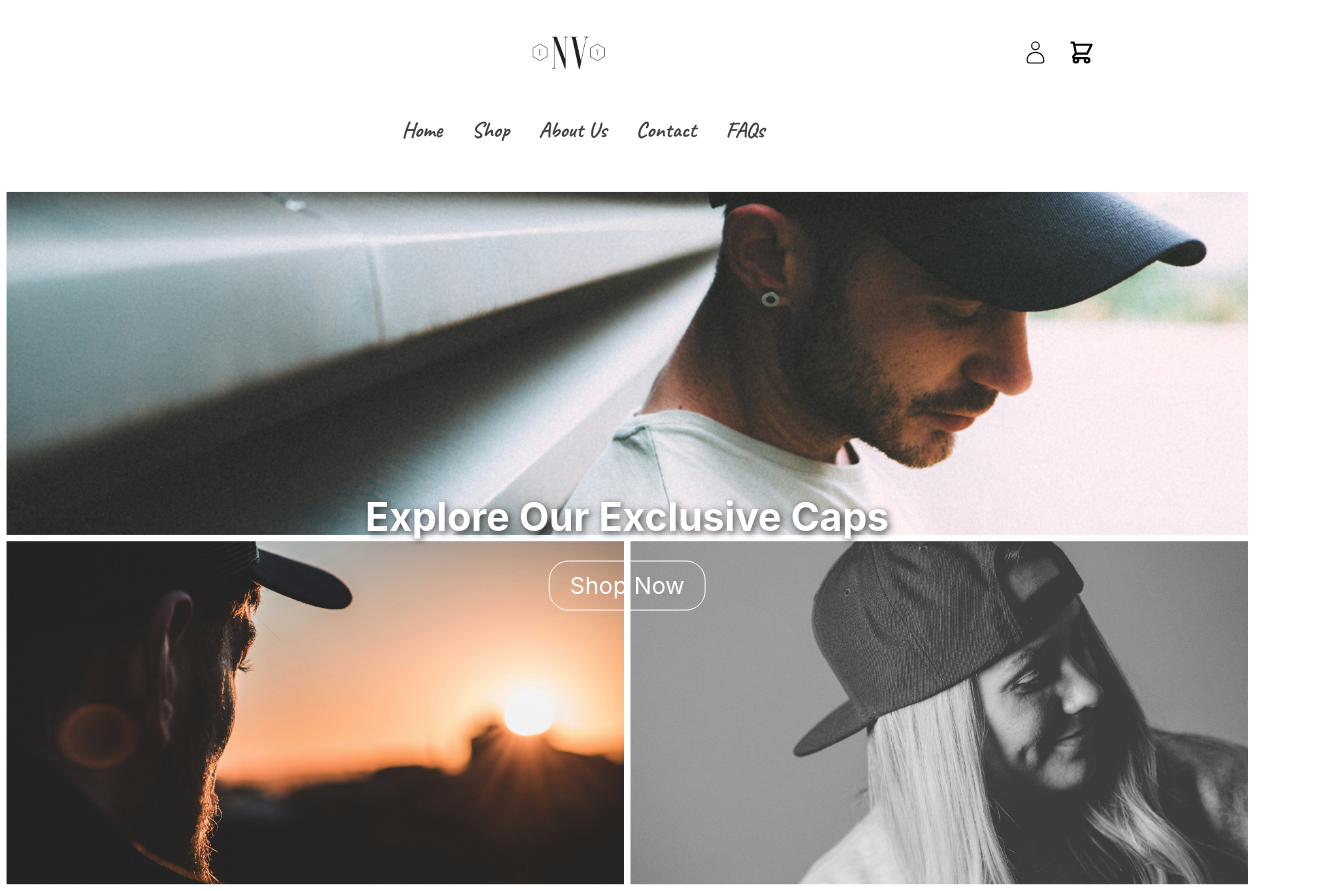
Repository: lasity34/new-envy
Page: / (app in my-new-envy/)
An editor plug-in stored every save of this project. The page is shown before and after the next save, followed by the edit.
The browser window is 1280 px wide. The page is 1280 px wide, then 1360 px, so the pictures cover 1360 px, including what lies to the right of the window. The pictures show the whole page, at 98% of full size.
The project was rebuilt for these pictures with package versions that can differ from the ones it lists, and the page was loaded fresh each time.

Above is the page before, as saved 2024-04-22 11:09:43.

### my-new-envy/public/index.html
<!DOCTYPE html>
<html lang="en">
  <head>
    <meta charset="utf-8" />
    <link rel="icon" href="%PUBLIC_URL%/logo.png" />
    <meta name="viewport" content="width=device-width, initial-scale=1" />
    <meta name="theme-color" content="#000000" />
    <meta
      name="description"
      content="Web site created using create-react-app"
    />
    <link rel="apple-touch-icon" href="%PUBLIC_URL%/logo.png" />
    <!--
      manifest.json provides metadata used when your web app is installed on a
      user's mobile device or desktop. See https://developers.google.com/web/fundamentals/web-app-manifest/
    -->
    <link rel="manifest" href="%PUBLIC_URL%/manifest.json" />
    <!--
      Notice the use of %PUBLIC_URL% in the tags above.
      It will be replaced with the URL of the `public` folder during the build.
      Only files inside the `public` folder can be referenced from the HTML.

      Unlike "/favicon.ico" or "favicon.ico", "%PUBLIC_URL%/favicon.ico" will
      work correctly both with client-side routing and a non-root public URL.
      Learn how to configure a non-root public URL by running `npm run build`.
    -->
    <link rel="preconnect" href="https://fonts.googleapis.com">
<link rel="preconnect" href="https://fonts.gstatic.com" crossorigin>
<link href="https://fonts.googleapis.com/css2?family=Crimson+Text:ital,wght@0,400;0,600;0,700;1,400;1,600;1,700&display=swap" rel="stylesheet">
<link href="https://fonts.googleapis.com/css2?family=Caveat:wght@400..700&display=swap" rel="stylesheet">
    <title>Envy</title>
  </head>
  <body>
    <noscript>You need to enable JavaScript to run this app.</noscript>
    <div id="root"></div>
    <!--
      This HTML file is a template.
      If you open it directly in the browser, you will see an empty page.

      You can add webfonts, meta tags, or analytics to this file.
      The build step will place the bundled scripts into the <body> tag.

      To begin the development, run `npm start` or `yarn start`.
      To create a production bundle, use `npm run build` or `yarn build`.
    -->
  </body>
</html>

### my-new-envy/src/App.tsx

import { BrowserRouter as Router } from 'react-router-dom';
import Header from './components/Header';
import HeroBanner from './components/HeroBanner';

function App() {
  return (
    <Router>
      <div className="App">

          <Header />
          <HeroBanner />
      </div>
    </Router>
  );
}

export default App;

### my-new-envy/src/components/Header.tsx
import styled from "styled-components";
import { Link } from "react-router-dom";
import { CiUser } from "react-icons/ci";
import { HiOutlineShoppingCart } from "react-icons/hi";

// Define basic styled components
const HeaderContainer = styled.header`
font-family: "Caveat", cursive;
  color: black;
  padding: 20px 40px; // Adjust the padding to match the spacing in the screenshot
  display: flex;
  justify-content: space-between; // Align items to the start and end of the header
  align-items: center; // Center items vertically
  flex-direction: column;
`;

const BannerContainer = styled.div`
  display: flex;
  justify-content: space-between;
  width: 100%;
`;

const SearchContainer = styled.div`
  width: 20%;
`;

const LogoContainer = styled.div`
  display: flex;
  justify-content: center;
  align-items: center;
  width: 35%;
`;

const AccountCartContainer = styled.div`
  display: flex;
  justify-content: center;
  align-items: center;
  list-style: none;
  width: 30%;
`;

const Nav = styled.nav`
  width: 100%;
  display: flex;
  justify-content: center;
  margin-right: 10em;

`;

const NavLinks = styled.ul`
  list-style: none;
  display: flex;
  font-size: 1.4rem;
`;

const IconNavLinks = styled.ul`
  display: flex;
  justify-content: center;
  width: 70%;
`;

const IconNavLink = styled.li`
  list-style: none;
  color: black;

  a {
    color: black;
    text-decoration: none;
    font-size: 1.7rem;
    padding: 0 10px;

    &:hover {
      color: black; // Change color on hover
    }
  }
`;


const NavLink = styled.li`
  position: relative;
  margin-left: 30px;

  a {
    color: #433f3e;
    text-decoration: none;
    font-weight: bold;
    display: inline-block;
    position: relative;

    &::after {
      content: '';
      position: absolute;
      bottom: -5px; // Distance from the bottom of the link text
      left: 0;
      right: 0;
      width: 0; // Start with no width
      height: 2px;
      background-color: black;
      transition: width 0.5s ease, left 0.5s ease; // Animate the width and left position
      transform: translateX(-50%);
    }

    &:hover::after {
      width: 100%; // Full width on hover
      left: 50%; // Centering it with the left position during hover
      transform: translateX(-50%); // Ensure it grows from the center
    }
  }
`;

const CapImage = styled.img`
  width: 100px;
`;

// Simplified Header component
const Header = () => {
  return (
    <HeaderContainer>
      <BannerContainer>
        <SearchContainer></SearchContainer>

        <LogoContainer>
          <Link to="/">
            <CapImage src="images/logo.png" alt="Queue" />
          </Link>
        </LogoContainer>

        <AccountCartContainer>
          <IconNavLinks>
            <IconNavLink>
              <Link to="/account">
                <CiUser />
              </Link>
            </IconNavLink>
            <IconNavLink>
              <Link to="/cart">
                <HiOutlineShoppingCart />
              </Link>
            </IconNavLink>
          </IconNavLinks>
        </AccountCartContainer>
      </BannerContainer>
      <Nav>
        <NavLinks>
          <NavLink>
            <Link to="/">Home</Link>
          </NavLink>
          <NavLink>
            <Link to="/shop">Shop</Link>
          </NavLink>
          <NavLink>
            <Link to="/about">About Us</Link>
          </NavLink>
          <NavLink>
            <Link to="/contact">Contact</Link>
          </NavLink>
          <NavLink>
            <Link to="/faq">FAQs</Link>
          </NavLink>
        </NavLinks>
      </Nav>
    </HeaderContainer>
  );
};

export default Header;

### my-new-envy/src/components/HeroBanner.tsx
import styled from 'styled-components';
import { Link } from 'react-router-dom';

const BannerContainer = styled.div`
  width: 100vw; // Ensures it takes the full viewport width
  height: 100vh; // Sets the height to full viewport height
  background-image: url('images/hero-background.png'); // Background image for the banner
  background-size: cover; // Ensures the background covers the entire area
  background-repeat: no-repeat; // No repetition of the background image
  background-position: center center; // Centers the background image
  display: flex;
  justify-content: center;
  align-items: center;
  flex-direction: column;
  text-align: center;
  color: white;
  position: relative; // Ensures proper positioning
`;

const Tagline = styled.h1`
  font-size: 2.5rem; // Large font size for main tagline
  margin-bottom: 20px; // Margin below the tagline
  text-shadow: 2px 2px 8px rgba(0,0,0,0.7); // Text shadow for better legibility
`;

const ShopButton = styled(Link)`
  padding: 10px 20px; // Padding for button size
  color: white; // Text color
  font-size: 1.5rem; // Font size for the text on the button
  font-weight: normal; // Normal font weight for thinner text appearance
  background-color: transparent; // Transparent background
  border: 1px solid white; // Thin white border
  border-radius: 20px; // Rounded corners for the button
  text-decoration: none; // No text decoration
  transition: background-color 0.3s, color 0.3s; // Smooth transition for hover effects

  &:hover {
    background-color: white;
    color: black; // Text color changes on hover
  }
`;

const HeroBanner = () => {
  return (
    <BannerContainer>
      <Tagline>Explore Our Exclusive Caps</Tagline>
      <ShopButton to="/shop">Shop Now</ShopButton>
    </BannerContainer>
  );
};

export default HeroBanner;

Loaded but not shown: my-new-envy/src/index.tsx (common file); my-new-envy/src/index.css (common file); my-new-envy/src/reportWebVitals.ts (common file)

After the next save:
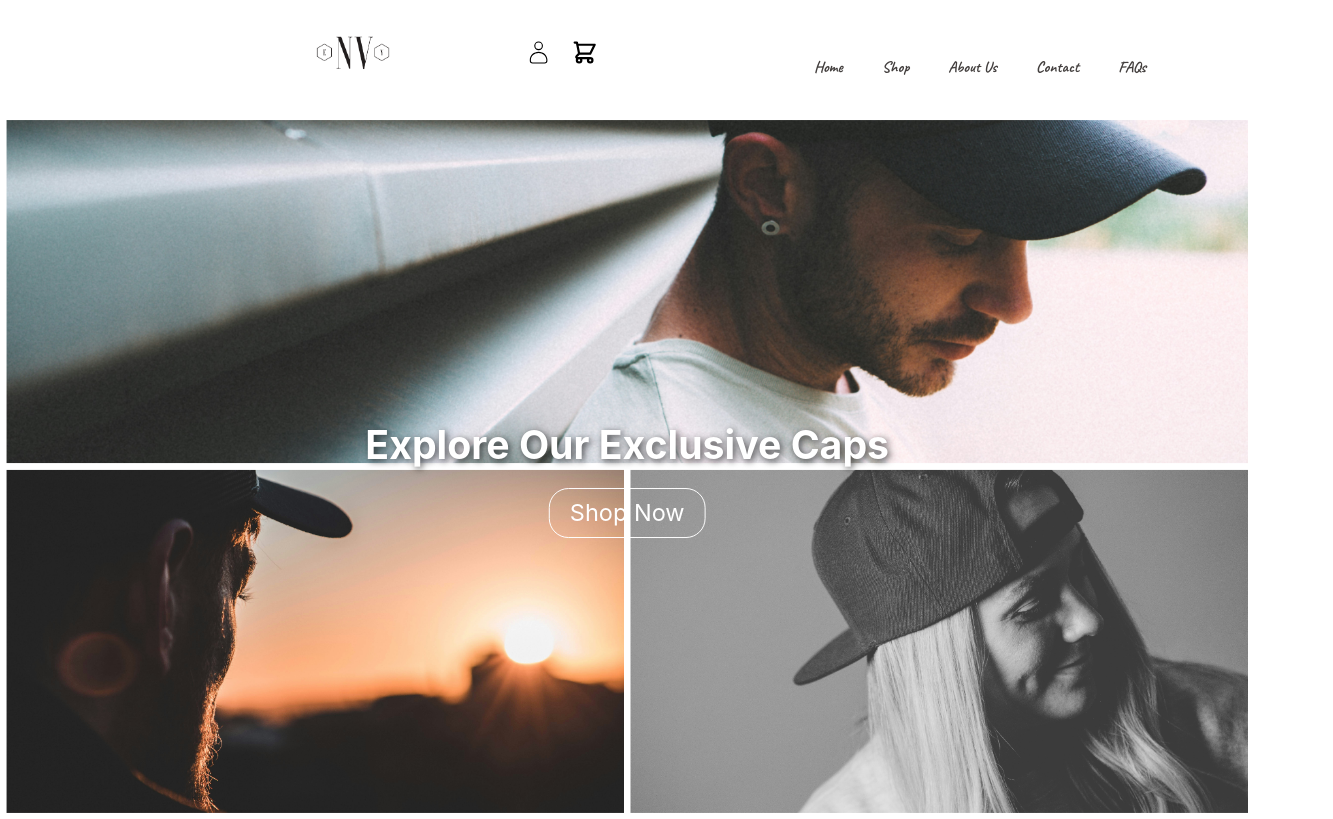
Saved 2 min 27 s later.
--- a/my-new-envy/src/components/Header.tsx
+++ b/my-new-envy/src/components/Header.tsx
@@ -3,107 +3,102 @@ import { Link } from "react-router-dom";
 import { CiUser } from "react-icons/ci";
 import { HiOutlineShoppingCart } from "react-icons/hi";
 
-// Define basic styled components
 const HeaderContainer = styled.header`
-font-family: "Caveat", cursive;
+  font-family: "Caveat", cursive;
   color: black;
-  padding: 20px 40px; // Adjust the padding to match the spacing in the screenshot
+  padding: 20px 40px;
   display: flex;
-  justify-content: space-between; // Align items to the start and end of the header
-  align-items: center; // Center items vertically
-  flex-direction: column;
+  justify-content: space-between;
+  align-items: center;
+  width: 100%;
 `;
 
 const BannerContainer = styled.div`
   display: flex;
   justify-content: space-between;
+  align-items: center;
   width: 100%;
 `;
 
 const SearchContainer = styled.div`
-  width: 20%;
+  flex: 1;
 `;
 
 const LogoContainer = styled.div`
+  flex: 1;
   display: flex;
   justify-content: center;
   align-items: center;
-  width: 35%;
 `;
 
 const AccountCartContainer = styled.div`
+  flex: 1;
   display: flex;
   justify-content: center;
   align-items: center;
+`;
+
+const IconNavLinks = styled.ul`
+  display: flex;
+  justify-content: space-around; // This will ensure icons are evenly spaced
+  align-items: center;
   list-style: none;
-  width: 30%;
+  padding: 0; // Removes padding
+`;
+
+const IconNavLink = styled.li`
+  margin: 0 10px; // Spacing between icons
+  a {
+    color: black;
+    text-decoration: none;
+    font-size: 1.7rem;
+    display: inline-block;
+
+    &:hover {
+      color: #f1c40f; // Color change on hover
+    }
+  }
 `;
 
 const Nav = styled.nav`
   width: 100%;
   display: flex;
   justify-content: center;
-  margin-right: 10em;
-
+  align-items: center;
+  margin-top: 20px; // Added margin for spacing between banner and nav
 `;
 
 const NavLinks = styled.ul`
   list-style: none;
   display: flex;
-  font-size: 1.4rem;
+  justify-content: center;
+  align-items: center;
+  padding: 0;
 `;
 
-const IconNavLinks = styled.ul`
-  display: flex;
-  justify-content: center;
-  width: 70%;
-`;
-
-const IconNavLink = styled.li`
-  list-style: none;
-  color: black;
-
-  a {
-    color: black;
-    text-decoration: none;
-    font-size: 1.7rem;
-    padding: 0 10px;
-
-    &:hover {
-      color: black; // Change color on hover
-    }
-  }
-`;
-
-
 const NavLink = styled.li`
-  position: relative;
-  margin-left: 30px;
-
+  margin: 0 20px;
   a {
     color: #433f3e;
     text-decoration: none;
     font-weight: bold;
-    display: inline-block;
     position: relative;
 
     &::after {
       content: '';
       position: absolute;
-      bottom: -5px; // Distance from the bottom of the link text
-      left: 0;
-      right: 0;
-      width: 0; // Start with no width
+      bottom: -5px;
+      left: 50%;
+      width: 0;
       height: 2px;
       background-color: black;
-      transition: width 0.5s ease, left 0.5s ease; // Animate the width and left position
+      transition: width 0.5s ease, left 0.5s ease;
       transform: translateX(-50%);
     }
 
     &:hover::after {
-      width: 100%; // Full width on hover
-      left: 50%; // Centering it with the left position during hover
-      transform: translateX(-50%); // Ensure it grows from the center
+      width: 100%;
+      transform: translateX(-50%);
     }
   }
 `;
@@ -112,19 +107,16 @@ const CapImage = styled.img`
   width: 100px;
 `;
 
-// Simplified Header component
 const Header = () => {
   return (
     <HeaderContainer>
       <BannerContainer>
         <SearchContainer></SearchContainer>
-
         <LogoContainer>
           <Link to="/">
-            <CapImage src="images/logo.png" alt="Queue" />
+            <CapImage src="images/logo.png" alt="Queue Caps Logo" />
           </Link>
         </LogoContainer>
-
         <AccountCartContainer>
           <IconNavLinks>
             <IconNavLink>
@@ -142,21 +134,11 @@ const Header = () => {
       </BannerContainer>
       <Nav>
         <NavLinks>
-          <NavLink>
-            <Link to="/">Home</Link>
-          </NavLink>
-          <NavLink>
-            <Link to="/shop">Shop</Link>
-          </NavLink>
-          <NavLink>
-            <Link to="/about">About Us</Link>
-          </NavLink>
-          <NavLink>
-            <Link to="/contact">Contact</Link>
-          </NavLink>
-          <NavLink>
-            <Link to="/faq">FAQs</Link>
-          </NavLink>
+          <NavLink><Link to="/">Home</Link></NavLink>
+          <NavLink><Link to="/shop">Shop</Link></NavLink>
+          <NavLink><Link to="/about">About Us</Link></NavLink>
+          <NavLink><Link to="/contact">Contact</Link></NavLink>
+          <NavLink><Link to="/faq">FAQs</Link></NavLink>
         </NavLinks>
       </Nav>
     </HeaderContainer>
